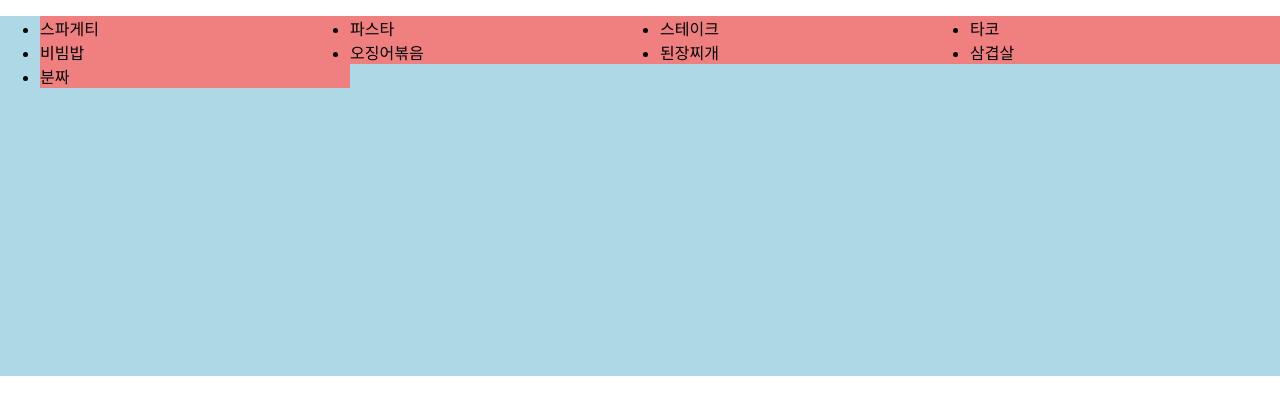
Repository: YEOMJINSEOP/playground
Page: / (app in practicegrid/)
The author's editor kept a copy of each file at every save. The page is drawn from the files as they stood at one save, then again after a run of saves.
The browser window is 1280 px wide. The pictures show the whole page.
The project was rebuilt for these pictures with package versions that can differ from the ones it lists, and the page was loaded fresh each time.

Above is the page before, as saved 2022-11-01 17:11:24.

After the next 4 saves:
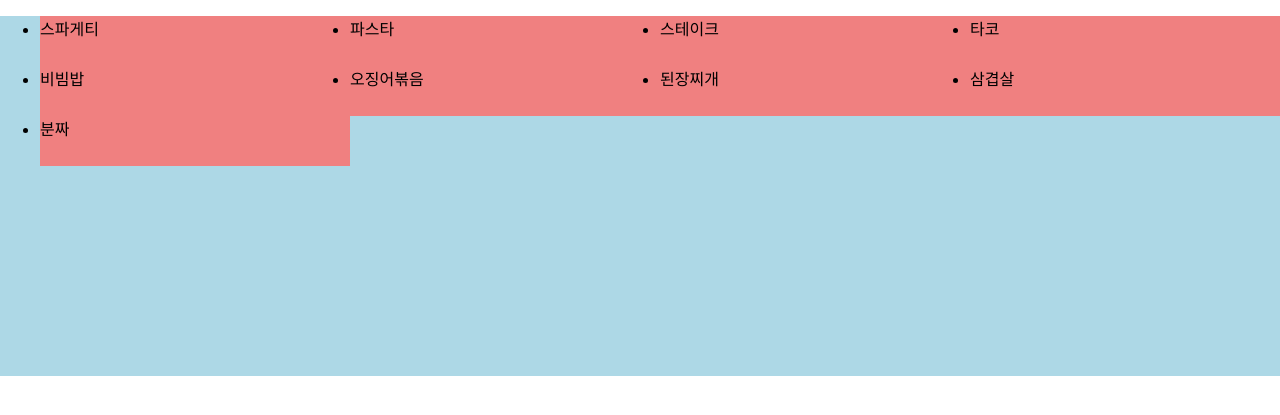
The 4 saves are shown as one change because they came seconds apart.
The last was saved 86 s later.
--- a/practicegrid/src/App.css
+++ b/practicegrid/src/App.css
@@ -9,6 +9,7 @@
 ul{
   display: grid;
   grid-template-columns: repeat(4, 1fr);
+  grid-auto-rows: minmax(50px, auto);
 
 }
 

After the save that followed:
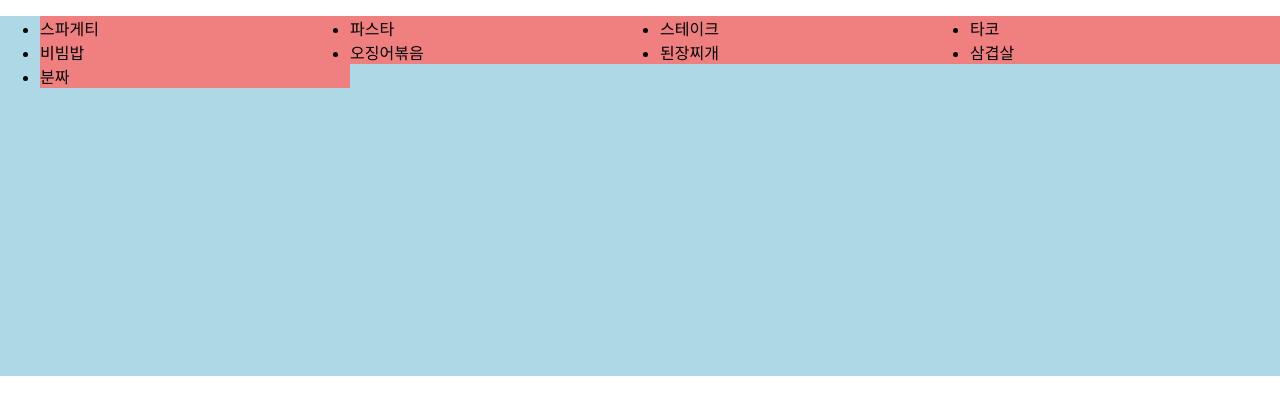
Saved 4 s later.
--- a/practicegrid/src/App.css
+++ b/practicegrid/src/App.css
@@ -9,7 +9,7 @@
 ul{
   display: grid;
   grid-template-columns: repeat(4, 1fr);
-  grid-auto-rows: minmax(50px, auto);
+  grid-auto-rows: minmax(20px, auto);
 
 }
 
